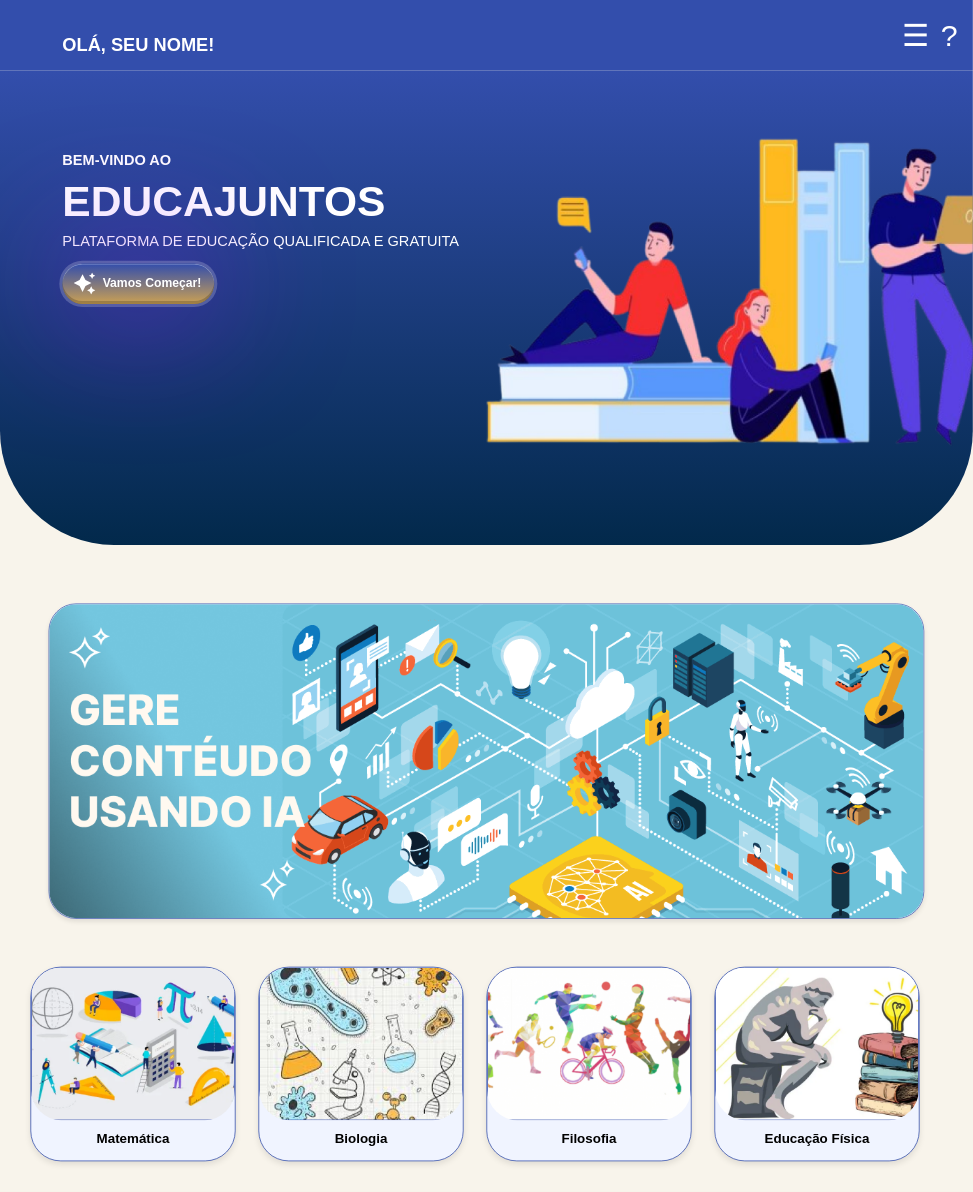
Repository: Matheus904-12/EDUCAJUNTOS
Page: inicio/index.html
An editor plug-in stored every save of this project. The page is shown before and after the next save, followed by the edit.
The browser window is 1280 px wide. The pictures show the whole page, at 76% of full size.
The pointer rests on the first visible `.btn`.

Above is the page before, as saved 2024-10-28 20:11:21.

After the next save:
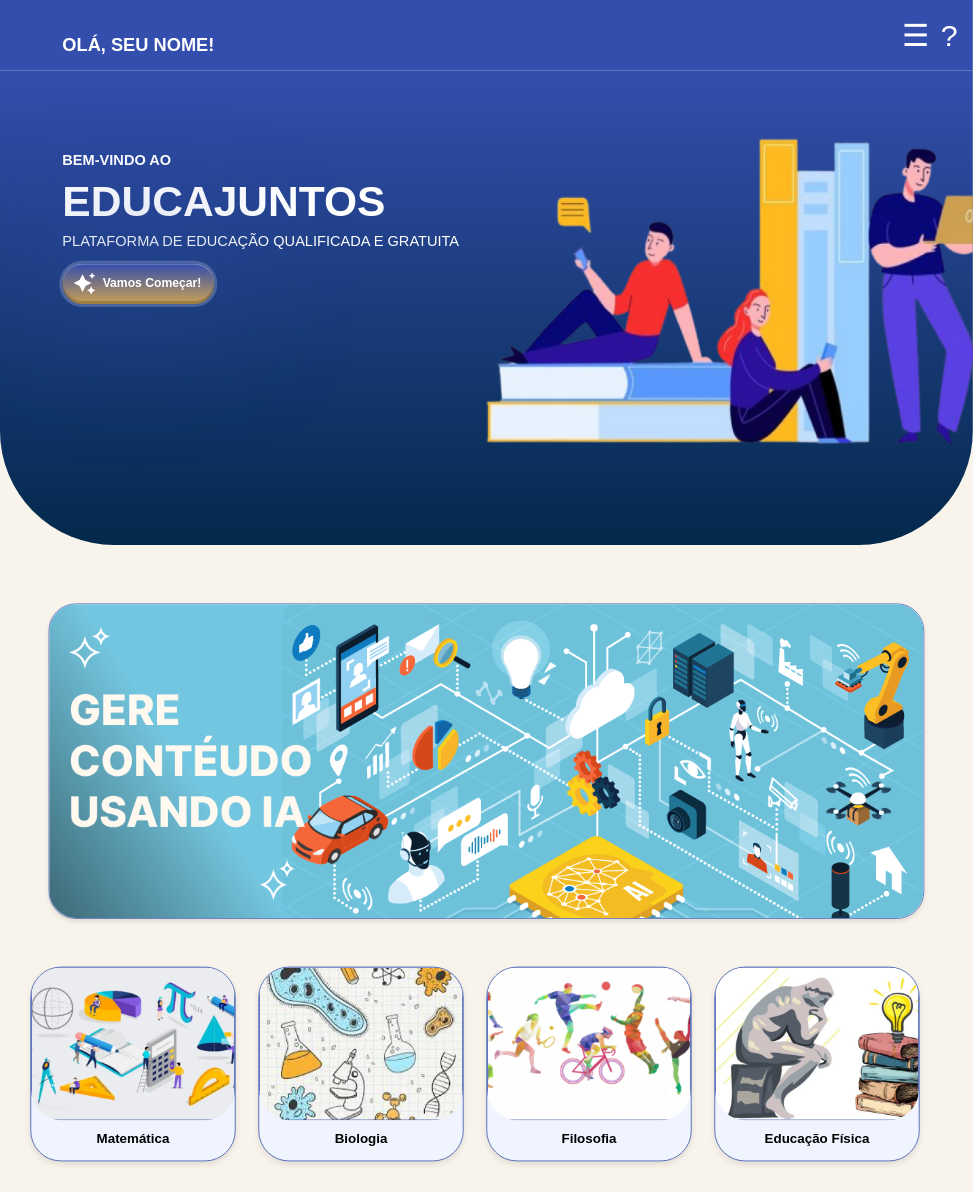
Saved 23 s later.
--- a/inicio/style.css
+++ b/inicio/style.css
@@ -166,7 +166,7 @@ nav {
     box-shadow: inset 0px 1px 0px 0px rgba(255, 255, 255, 0.4),
     inset 0px -4px 0px 0px rgba(0, 0, 0, 0.2),
     0px 0px 0px 4px rgba(255, 255, 255, 0.2),
-    0px 0px 180px 0px #9917FF;
+    0px 0px 180px 0px #334EAC;
     transform: translateY(-2px);
   }
 
